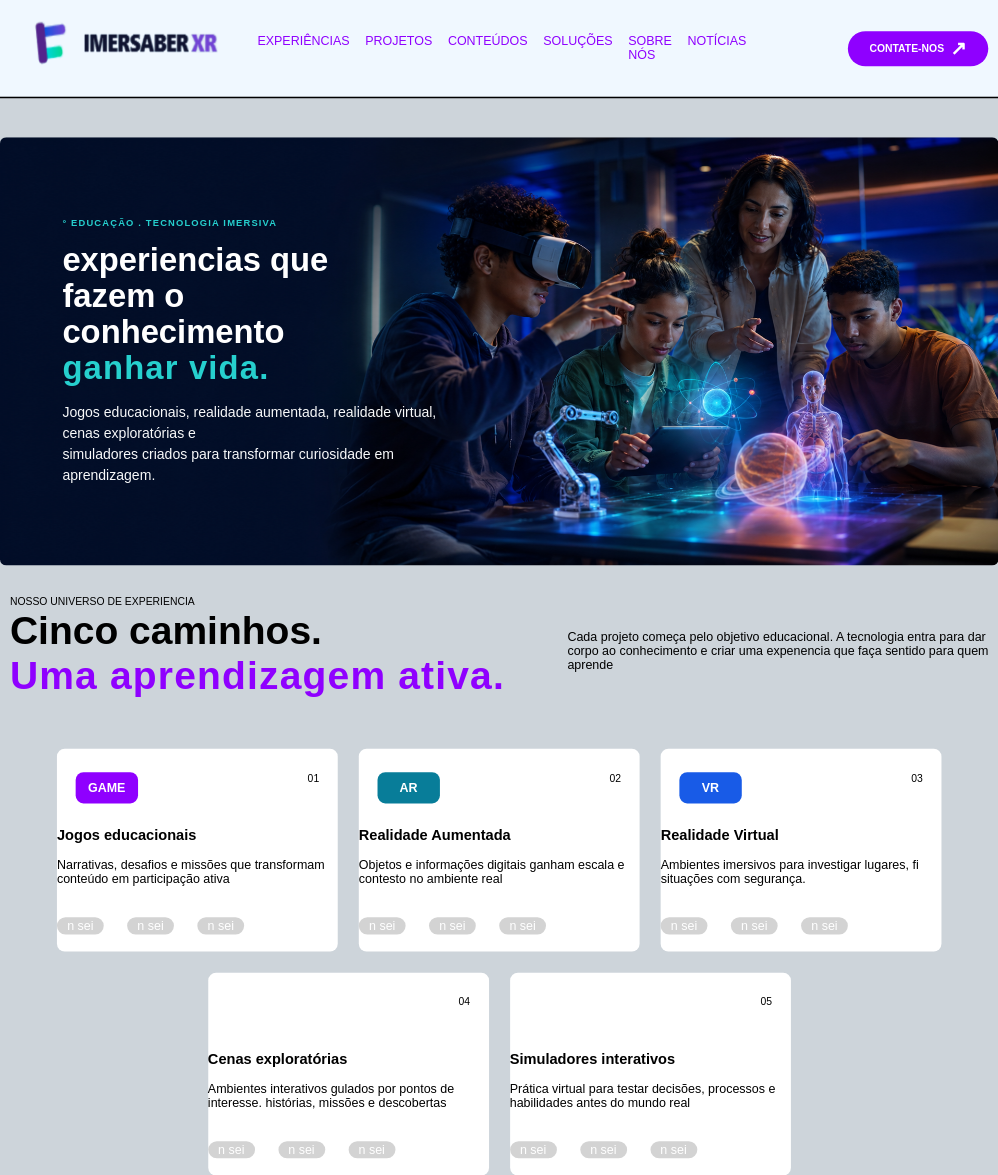
Repository: antonymsantana-design/Avaliacao.Parte.01
Page: html/index.html
An editor plug-in stored every save of this project. The page is shown before and after a run of saves, followed by the edit.
The browser window is 1280 px wide. The pictures show the whole page, at 78% of full size.

Above is the page before, as saved 2026-08-29 21:09:02.

### html/index.html
<!DOCTYPE html>
<html lang="pt-br">

<head>
    <meta charset="UTF-8">
    <meta name="viewport" content="width=device-width, initial-scale=1.0">
    <title>avaliação </title>
    <link rel="stylesheet" href="../css/Style.css">
</head>
<header>
    <div class="conteudoH" id="conteudoH">
        <div class="imagem" id="imagem">
            <img src="../images/Design sem nome.png" alt="logo" class="logoIMG" id="logoIMG">
        </div>
        <div class="links" id="links">
            <a href="#">EXPERIÊNCIAS</a>
            <a href="#">PROJETOS</a>
            <a href="#">CONTEÚDOS</a>
            <a href="#">SOLUÇÕES</a>
            <a href="#">SOBRE NÓS</a>
            <a href="#">NOTÍCIAS</a>
        </div>
        <div class="btnDiv" id="btnDiv">
            <button class="btn" id="btn">
                <div class="btnTxt" id="btnTxt">
                    <p>CONTATE-NOS</p>
                </div>
                <div class="emoji" id="emoji">
                    <p>↗</p>
                </div>
            </button>
        </div>
    </div>
</header>

<body>


    <div class="conteudoBanner">
        <img src="../images/hero-banner-imersaber.png" alt="banner">
        <div class="txtBanner" id="txtBanner">
            <span>° EDUCAÇÃO . TECNOLOGIA IMERSIVA</span>
            <h1>experiencias que <br> fazem o <br> conhecimento <br> <span class="spn">ganhar vida. </span></h1>
            <p>Jogos educacionais, realidade aumentada, realidade virtual, cenas exploratórias e<br>
                simuladores criados para transformar curiosidade em aprendizagem.</p>
        </div>
    </div>

    <BR></BR>

    <div class="titulo" id="titulo">
        <div class="eTitulo">
            <small>NOSSO UNIVERSO DE EXPERIENCIA</small>
            <h1 class="eH1">Cinco caminhos. <br>
                <span>Uma aprendizagem ativa.</span>
            </h1>
        </div>
        <div class="dTitulo">
            <p>Cada projeto começa pelo objetivo educacional. A tecnologia entra para dar <br> corpo ao conhecimento e
                criar uma expenencia que faça sentido para quem <br> aprende</p>
        </div>
    </div>

    <div class="cards">

        <div class="card1">
            <div class="cima">
                <p class="crd1">GAME</p>
                <small>01</small>
            </div>
            <div class="meio">
                <h3>
                    Jogos educacionais
                </h3> <br>
                <p>Narrativas, desafios e missões que transformam conteúdo em participação ativa</p>
            </div>
            <div class="baixo">
                <!-- não consegui ler oque estava escrito nessa parte  -->
                <p> n sei</p>
                <p> n sei</p>
                <p> n sei</p>
            </div>
        </div>

        <div class="card1">
            <div class="cima">
                <p class="crd2">AR</p>
                <small>02</small>
            </div>
            <div class="meio">
                <h3>
                    Realidade Aumentada
                </h3> <br>
                <p>Objetos e informações digitais ganham escala e contesto no
ambiente real</p>
            </div>
            <div class="baixo">
                <p> n sei</p>
                <p> n sei</p>
                <p> n sei</p>
            </div>
        </div>

        <div class="card1">
            <div class="cima">
                <p class="crd3">VR</p>
                <small>03</small>
            </div>
            <div class="meio">
                <h3>
                    Realidade Virtual
                </h3> <br>
                <p>Ambientes imersivos para investigar lugares, fi situações com segurança.</p>
            </div>
            <div class="baixo">
                <p> n sei</p>
                <p> n sei</p>
                <p> n sei</p>
            </div>
        </div>

        <div class="card1">
            <div class="cima">
                <p class="crd4">CENA</p>
                <small>04</small>
            </div>
            <div class="meio">
                <h3>
                    Cenas exploratórias
                </h3> <br>
                <p>Ambientes interativos gulados por pontos de interesse. histórias, missões e descobertas</p>
            </div>
            <div class="baixo">
                <p> n sei</p>
                <p> n sei</p>
                <p> n sei</p>
            </div>
        </div>

        <div class="card1">
            <div class="cima">
                <p class="crd5">SIM</p>
                <small>05</small>
            </div>
            <div class="meio">
                <h3>
                    Simuladores interativos
                </h3> <br>
                <p>Prática virtual para testar decisões, processos e habilidades antes do mundo real</p>
            </div>
            <div class="baixo">
                <p> n sei</p>
                <p> n sei</p>
                <p> n sei</p>
            </div>
        </div>

    </div>

</body>

</html>

### css/Style.css
* {
    padding: 0px;
    margin: 0px;
    font-family: Arial, Helvetica, sans-serif;
}

body{
    background-color: rgb(205, 212, 218);
}

header {
    background-color: aliceblue;
    border-bottom: 2px solid black;
}

.conteudo {
    margin-top: 5px;
}

.conteudoH {
    display: flex;
    justify-content: space-between;
    padding-right: 100px;
    align-items: center;
}

a {
    text-decoration: none;
    color: #8f00ff;
}

.logoIMG {
    width: 330px;
    height: 120px;
}

.links {
    display: flex;
    gap: 20px;
    justify-content: center;
    padding-right: 130px;
}

.btn {
    display: flex;
    justify-content: center;
    width: 180px;
    height: 45px;
    background-color: #8F00FF;
    font-weight: 800;
    border: none;
    border-radius: 25px;
    color: white;
    align-items: center;
    gap: 8px;
}

.emoji {
    font-size: 25px;
}

/*parte banner*/

.txtBanner p {
    margin: 0;
    font-size: 18px;
    color: #f8f9fa;
}

.conteudoBanner {
    position: relative;
    width: 100%;
    margin: 50px auto 0;
}

.conteudoBanner img {
    width: 100%;
    height: auto;
    display: block;
    border-radius: 8px;
}

.txtBanner {
    position: absolute;
    top: 50%;
    left: 80px;
    color: white;
    transform: translateY(-50%);
    max-width: 500px;
    font-family: sans-serif;
}

span {
    font-size: 12px;
    letter-spacing: 1.5px;
    font-weight: bold;
    color: #26d0ce;
    display: block;
    margin-bottom: 15px;
}

.txtBanner h1 {
    font-size: 42px;
    font-weight: 800;
    line-height: 1.1;
    margin: 0 0 20px 0;
}

.spn {
        font-size: 42px;
    color: #26d0ce;
}

.txtBanner {
    font-size: 14px;
    line-height: 1.5;
}

/*parte 3*/

.titulo{
    display: flex;
    justify-content: center;
    gap: 80px;
    margin-bottom: 50px;
}

.dTitulo{
    display: flex;
    justify-content: center;
    align-items: center;
}

.eH1{
    font-size: 50px;
}

.eH1 span{
    color: #8F00FF;
   font-size: 50px;
}

.card1{
    padding-top: 30px;
    width: 360px;
    height: 230px;
    background-color: white;
    border-radius: 10px;
}

.cima{
    display: flex;
    justify-content: space-around;
    gap: 170px;
    margin-bottom: 30px;
}

.cima p{
    color: white;
    width: 80px;
    height: 40px;
    border-radius: 10px;
    display: flex;
    justify-content: center;
    align-items: center;
    font-weight: bold;
}

.baixo{
    display: flex;
    justify-content: left;
    align-items: center;
    gap: 30px;
    color: white;
}

.meio{
    margin-bottom: 40px;
}

.baixo p{
    background-color: lightgrey;
    width: 60px;
    height: 22px;
    border-radius: 15px;
     display: flex;
    justify-content: center;
    align-items: center;
}

.cards{
    display: flex;
    justify-content: center;
    gap: 27px;
    flex-wrap: wrap;
}

.crd1{
    background-color: #8F00FF;
}

.crd2{
    background-color: #087D99;
}

.crd3{
    background-color: #185BE7;
}

After the next 2 saves:
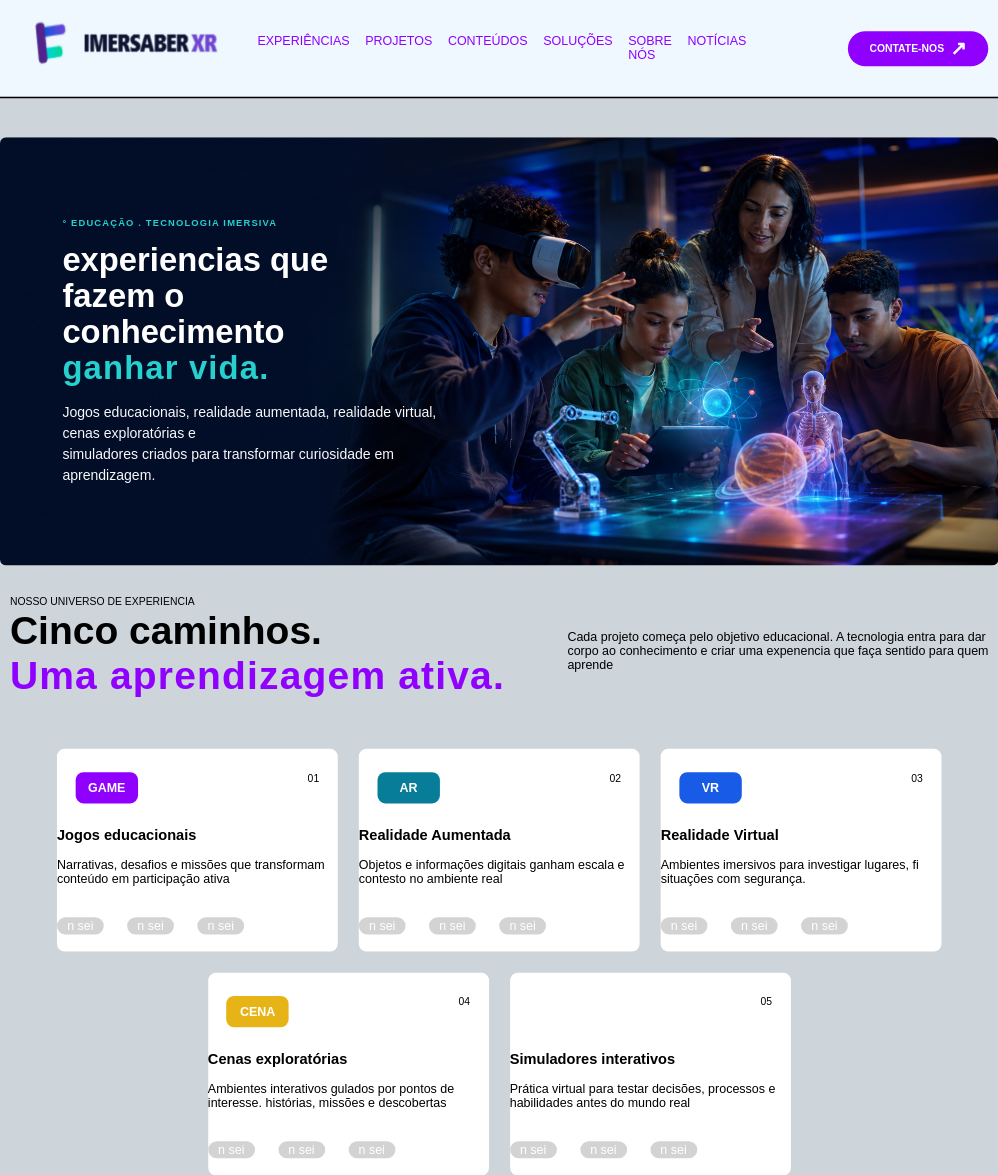
The 2 saves are shown as one change because they came seconds apart.
The last was saved 5 s later.
--- a/css/Style.css
+++ b/css/Style.css
@@ -206,3 +206,7 @@ span {
 .crd3{
     background-color: #185BE7;
 }
+
+.crd4{
+    background-color: #E7B418;
+}
